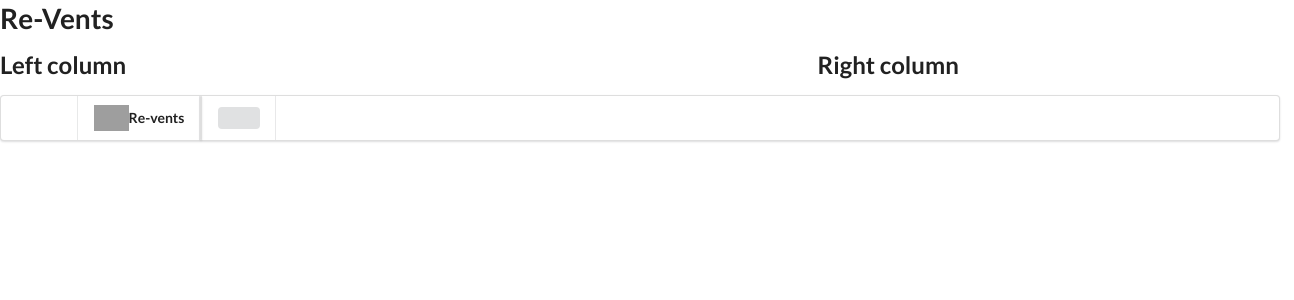
Repository: Preranabaruah/react-semantic-ui
Page: /
The author's editor kept a copy of each file at every save. The page is drawn from the files as they stood at one save, then again after the next save.
The browser window is 1280 px wide. The page is 1294 px wide, so the pictures cover 1294 px, including what lies to the right of the window. The pictures show the whole page.
Pictures or frames that could not be fetched are drawn as grey boxes. The project was rebuilt for these pictures with package versions that can differ from the ones it lists, and the page was loaded fresh each time. Also part of the build but not shown: vite.config.ts.

Above is the page before, as saved 2023-09-08 13:09:50.

### index.html
<!doctype html>
<html lang="en">
  <head>
    <meta charset="UTF-8" />
    <link rel="icon" type="image/svg+xml" href="/vite.svg" />
    <meta name="viewport" content="width=device-width, initial-scale=1.0" />
    <title>Re-vents</title>
  </head>
  <body>
    <div id="root"></div>
    <script type="module" src="/src/index.tsx"></script>
  </body>
</html>

### src/index.tsx
import React from "react";
import ReactDOM from "react-dom/client";
import App from "./App.tsx";
import "semantic-ui-css/semantic.min.css";
ReactDOM.createRoot(document.getElementById("root")!).render(
  <React.StrictMode>
    <App />
  </React.StrictMode>
);

### src/App.tsx
import EventDashboard from "./features/events/event-dashboard";
import NavBar from "./features/nav-bar";

function App() {
  return (
    <>
      <div>
        <h1>Re-Vents</h1>
        <EventDashboard />
        <NavBar />
      </div>
    </>
  );
}

export default App;

### src/features/events/event-dashboard/index.tsx
import { Grid } from "semantic-ui-react";
const EventDashboard = () => {
  return (
    <>
      <Grid>
        <Grid.Column width={10}>
          <h2>Left column</h2>
        </Grid.Column>
        <Grid.Column width={6}>
          <h2>Right column</h2>
        </Grid.Column>
      </Grid>
    </>
  );
};

export default EventDashboard;

### src/features/nav-bar/index.tsx
import { Menu, Container, Button } from "semantic-ui-react";

const NavBar = () => {
  return (
    <>
      <Menu inverted-fixed="top">
        <Container>
          <Menu.Item header>
            <img src="/src/assets/react.svg" />
            Re-vents
          </Menu.Item>
          <Menu name="events" />
          <Menu.Item>
            <Button />
          </Menu.Item>
        </Container>
      </Menu>
    </>
  );
};

export default NavBar;

After the next save:
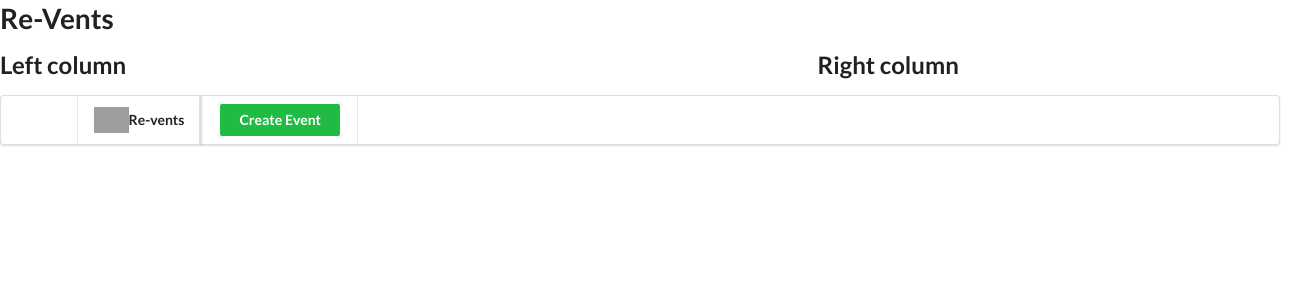
Saved 32 s later.
--- a/src/features/nav-bar/index.tsx
+++ b/src/features/nav-bar/index.tsx
@@ -11,7 +11,7 @@ const NavBar = () => {
           </Menu.Item>
           <Menu name="events" />
           <Menu.Item>
-            <Button />
+            <Button positive inverted content="Create Event" />
           </Menu.Item>
         </Container>
       </Menu>
